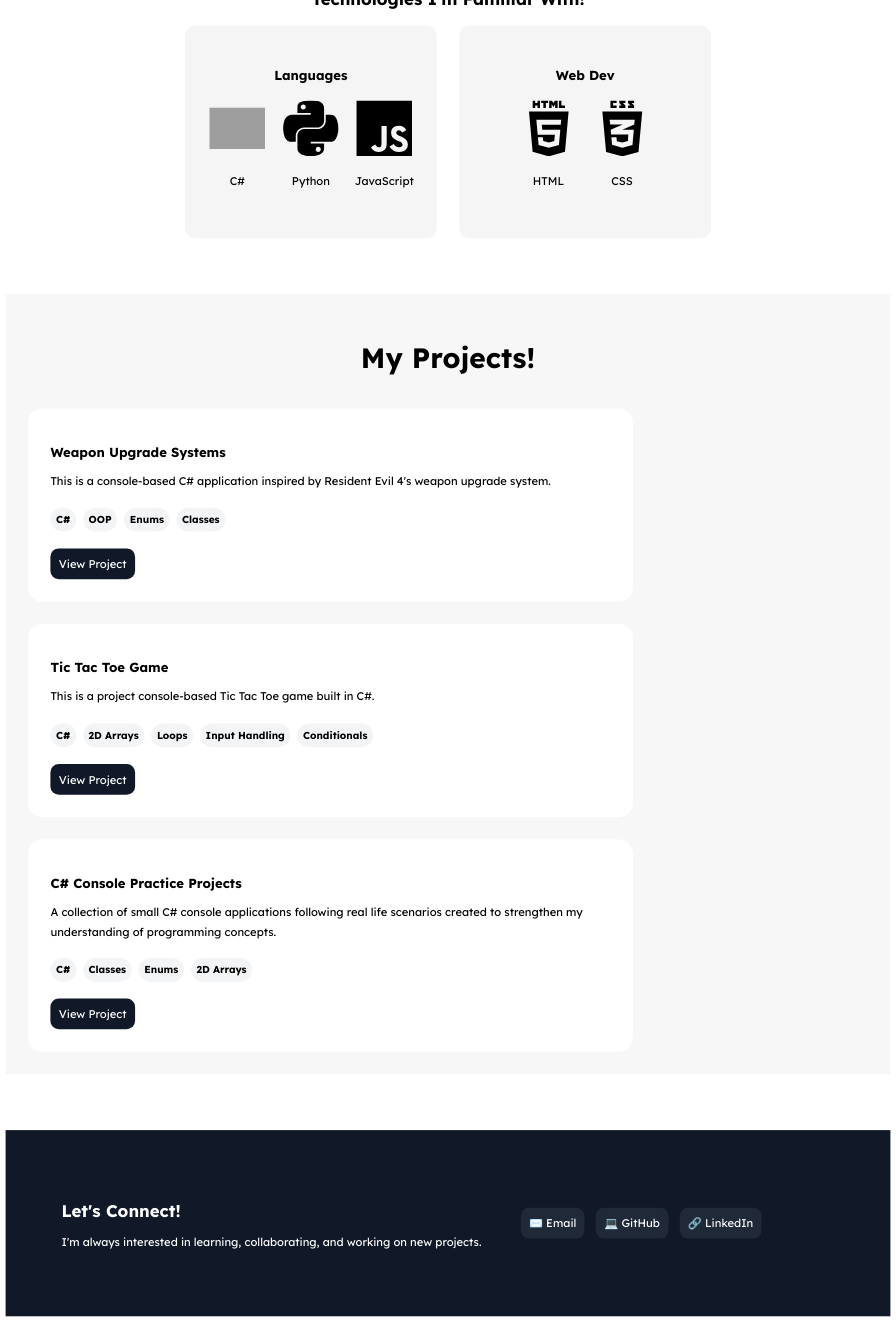
Repository: perrybalaba/perrybalaba
Page: index.html
These files come from the project's save history. The page is drawn as it stood at one moment and after the next save; the edit follows.
The browser window is 1280 px wide. The pictures show the part of the page from y = 1239 to 3159 px (the page is 3127 px tall before and 3159 px after), at 70% of full size.
Pictures or frames that could not be fetched are drawn as grey boxes. A picture or video elsewhere on the page could not be fetched, so the positions and the page height are approximate. Some web fonts or font styles are not loaded; a fallback is used.

Above is the page before, as saved 2026-05-13 22:54:50.

### index.html
<!DOCTYPE html>
<html lang="en">
<head>
    <meta charset="UTF-8">
    <meta name="viewport" content="width=device-width, initial-scale=1.0">
    <title>Perry's Portfolio</title>
    <link rel="stylesheet" href="./styles/index.css"/>
    <link rel="stylesheet" href="./styles/globals.css"/>
</head>

<body>
    <main>
        <!-- NAVIGATION BAR -->
        <!-- 👇 TO CHANGE: href -->
        <nav class="Nav-Bar">
            <ul>
                <li><a href="./index.html"> About me </a></li>
                <li><a href="./index.html"> Projects </a></li>
            </ul>
        </nav>

        <!-- PAGE HEADER -->
        <div class="About-Me">
            <header class="Home-Header">
                <h1> Perry Balaba </h1>
            </header>

            <!-- INFORMATION ABOUT ME -->
            <div class ="Info">
                <!-- IMAGE -->
                <img class="My-Photo" src="./assets/images/portfolio-me.jpg" alt="me"/>

                <div class ="Description">
                    <h2> Hello World! 👋 </h2>
                    <p> I'm a Computer Science Student at John Abbott College
                        with a strong passion for technology, software development, and problem-solving.
                        I love turning ideas into functional applications and programs from scratch. I am naturally curious and always motivated
                        to expand my knowledge by learning new technologies, improving my coding skills, and taking on challenges outside of my comfort zone.
                        Right now, I'm diving into machine learning, object-oriented programming, and web development!
                    </p>

                    <!-- SOFT SKILLS -->
                    <div class="Soft-Skills-Container">
                        <button type="button" class="Soft-Skills" disabled> Teamwork </button>
                        <button type="button" class="Soft-Skills" disabled> Resilient </button>
                        <button type="button" class="Soft-Skills" disabled> Problem Solver </button>
                        <button type="button" class="Soft-Skills" disabled> Organized </button>
                    </div>
                </div>
            </div>
        </div>

        <!-- SKILLS -->
        <div class="Skills">
            <h2> Technologies I'm Familiar With! </h2>
            <div class="Skills-Container">

                <div class="Skill-Card">
                    <h3> Languages </h3>

                    <div class="Skill-Icons">
                        <div class="Skill">
                            <img src="./assets/images/csharp-svgrepo-com.svg" alt="c# logo"/>
                            <p> C# </p>
                         </div>

                        <div class="Skill">
                            <img src="./assets/images/python-svgrepo-com.svg" alt="python logo"/>
                            <p> Python </p>
                        </div>

                        <div class="Skill">
                            <img src="./assets/images/js01-svgrepo-com.svg" alt="javascript logo"/>
                            <p> JavaScript</p>
                        </div>
                    </div>
                </div>

                <div class="Skill-Card">
                    <h3> Web Dev </h3>

                    <div class="Skill-Icons">
                        <div class="Skill">
                            <img src="./assets/images/html5-01-svgrepo-com.svg" alt="html logo"/>
                            <p> HTML </p>
                        </div>

                        <div class="Skill">
                            <img src="./assets/images/css3-01-svgrepo-com.svg" alt="css logo"/>
                            <p> CSS </p>
                        </div>
                    </div>
                </div>
            </div>
        </div>

        <!-- PROJECTS -->
        <div class="Projects">
            <h2> My Projects!</h2>

            <div class="Projects-Container">
                <!-- PROJECT ONE -->
                <div class="Project-Card">
                    <div class="Project-Info">
                        <h3>Weapon Upgrade Systems</h3>
                        <p>
                            This is a console-based C# application inspired by Resident Evil 4's
                            weapon upgrade system.
                        </p>
                        <div class="Project-Tech">
                            <span> C# </span>
                            <span> OOP </span>
                            <span> Enums </span>
                            <span> Classes </span>
                        </div>
                        <a href=""> View Project </a>
                    </div>
                </div>

                <!-- PROJECT TWO -->
                <div class="Project-Card">
                    <div class="Project-Info">
                        <h3>Tic Tac Toe Game</h3>
                        <p>
                            This is a project console-based Tic Tac Toe game built in C#.
                        </p>
                        <div class="Project-Tech">
                            <span> C# </span>
                            <span> 2D Arrays </span>
                            <span> Loops </span>
                            <span> Input Handling </span>
                            <span> Conditionals </span>
                        </div>
                        <a href=""> View Project </a>
                    </div>
                </div>

                <!-- PROJECT THREE -->
                <div class="Project-Card">
                    <div class="Project-Info">
                        <h3> C# Console Practice Projects</h3>
                        <p>
                            A collection of small C# console applications following real life scenarios
                            created to strengthen my understanding of programming concepts.
                        </p>
                        <div class="Project-Tech">
                            <span> C# </span>
                            <span> Classes </span>
                            <span> Enums </span>
                            <span> 2D Arrays </span>
                        </div>
                        <a href=""> View Project </a>
                    </div>
                </div>
            </div>
        </div>

        <!-- CONTACT -->
        <div class="Contact">
            <div class="Contact-Container">
                <div class="Contact-Text">
                    <h2> Let's Connect! </h2>
                    <p>
                        I'm always interested in learning, collaborating, and working on new projects.
                    </p>
                </div>

                <div class="Contact-Links">
                    <a href="mailto:balabaperry@gmail.com"> ✉️ Email</a>
                    <a href="https://github.com/perrybalaba"> 💻 GitHub </a>
                    <a href="https://www.linkedin.com/in/ann-karen-balaba-46b839387/"> 🔗 LinkedIn</a>
                </div>
            </div>
        </div>
    </main>
</body>
</html>

### styles/index.css
/* NAVIGATION BAR */
.Nav-Bar {
    padding: 1rem;
    border-bottom: 3px solid lightgray;
}

nav ul {
    list-style: none;
    display: flex;
    justify-content: center;
    flex-wrap: wrap;
    gap: 2rem;
    padding: 0;
}

nav ul li a {
    display: block;
    text-align: center;
    padding: .75rem 1rem;
    text-decoration: none;
    color: #374151;
    font-weight: bold;
    padding: 10px;
    border-radius: 10px;
    font-size: 1rem;
    transition: 0.2s;
}

nav ul li a:hover {
    transform: scale(1.08);
    background-color: #f3f4f6;
    color: black;
}

/* HEADER */
.Home-Header {
    font-size: 3rem;
    text-align: center;
}

/* ABOUT ME */
.Info h2 {
    font-size: 2.5rem;
    text-align: center;
}

.Info {
    display: flex;
    flex-direction: column;
    align-items: center;
}

.Info p {
    max-width: 500px;
    line-height: 1.6;

}

.Info img {
    width: 100%;
    max-width: 350px;
    height: auto;
    border-radius: 55px;
    display: block;
    margin: 0;
}

/* SOFT SKILLS */
.Soft-Skills-Container {
    display: flex;
    justify-content: center;
    align-items: center;
    gap: 12px;
    flex-wrap: wrap;
    margin-top: 1.5rem;
}

.Soft-Skills {
    background-color: #f3f4f6;
    color: #333;
    border: none;
    padding: 10px;
    border-radius: 1000px;
    font-size: 0.95rem;
    font-weight: 600;
    transition: all 0.2s ease;
}

.Soft-Skills:hover {
    transform: translateY(-5px);
    background-color: #4b5563;
    color: white;
}

/* SKILLS */
.Skills-Container {
    display: flex;
    justify-content: center;
    gap: 2rem;
    flex-wrap: wrap;
    margin-top: 1.5rem;
}

.Skill-Card {
    background-color: #f5f5f5;
    padding: 2.5rem;
    border-radius: 15px;
    width: 220px;
    transition: transform 0.2s ease;
}

.Skill-Card:hover {
    transform: translateY(-7px);
}

.Skill-Icons {
    display: flex;
    justify-content: center;
    gap: 15px;
    margin-top: 1rem;
}

.Skill-Icons img {
    width: 60px;
    height: 60px;
    object-fit: contain;
    padding: 5px;
    transition: transform 0.2s ease;
}

.Skill-Icons img:hover {
    transform: scale(1.2);
}

.Skill {
    text-align: center;
}

.Skills {
    margin-top: 4rem;
    text-align: center;
}

.Skills p {
    font-size: 1rem;
    margin-bottom: 2rem;
}

/* PROJECTS */
.Projects {
    background-color: #f7f7f8;
    padding: 2rem;
    margin-top: 5rem;
}

.Projects h2 {
    text-align: center;
    font-size: 2.5rem;
    margin-bottom: 3rem;
}

.Projects-Container {
    display: flex;
    flex-direction: column;
    gap: 2rem;
    max-width: 1000px;
    margin: 0;
}

.Project-Card {
    background-color: white;
    border-radius: 20px;
    padding: 2rem;
    transition: 0.3s ease;
}

.Project-Card:hover {
    transform: translateY(-7px);
}

.Project-Info h3 {
    margin-bottom: 1rem;
}

.Project-Info p {
    line-height: 1.7;
    margin-bottom: 1.5rem;
}

.Project-Tech {
    display: flex;
    gap: 10px;
    flex-wrap: wrap;
    margin-bottom: 1.5rem;
}

.Project-Tech span {
    background-color: #f3f4f6;
    padding: 8px;
    border-radius: 1000px;
    font-size: 0.9rem;
    font-weight: bold;
}

.Project-Info a {
    text-decoration: none;
    background-color: #111827;
    color: white;
    padding: 12px;
    border-radius: 12px;
    display: inline-block;
    transition: 0.2 ease;
}

.Project-Info a:hover {
    background-color: #374151;
}

/* CONTACT */
.Contact {
    background-color: #111827;
    color: white;
    padding: 5rem;
    margin-top: 5rem;
}

.Contact-Container {
    display: flex;
    justify-content: space-between;
    align-items: center;
    max-width: 1000px;
    margin: 0;
    flex-wrap: wrap;
    gap: 2rem;
}

.Contact-Links {
    display: flex;
    gap: 1rem;
    flex-wrap: wrap;
}

.Contact-Links a {
    text-decoration: none;
    background-color: #1F2937;
    color: white;
    padding: 12px;
    border-radius: 12px;
    transition: 0.2s ease;
}

.Contact-Links a:hover {
    background-color: #374151;
    transform: scale(1.03);
}

### styles/globals.css
/* FONTS */
@font-face {
    font-family: "NotoSans";
    src: url(../assets/fonts/Noto_Sans/NotoSans-VariableFont_wdth\,wght.ttf);
}

@font-face {
    font-family: "Lexend";
    src: url(../assets/fonts/Lexend_Deca\,Noto_Sans/Lexend_Deca/LexendDeca-VariableFont_wght.ttf);
}

.Home-Header {
    font-family: "NotoSans";
}

.Nav-Bar {
    font-family: "Lexend";
}

main {
    font-family: "Lexend";
}

/* TABLET DESIGN */
@media (min-width: 768px) {
    /* NAVIGATION BAR */
    nav ul li a {
        font-size: 1.3rem;
    }

    /* HEADER */
    .Home-Header {
        font-size: 2.2rem;
    }

    /* ABOUT ME */
    .Info {
        flex-direction: row;
        justify-content: center;
        align-items: center;
        gap: 2rem;
        padding: 2rem;
    }

    .Description {
        width: 60%;
        max-width: 600px;
    }

    .Info img {
        max-width: 300px;
        width: 40%;
    }

    /* SKILLS */
    .Skill-Card {
        width: 260px;
    }

    .Skill-Icons img {
        width: 50px;
        height: 50px;
    }
}

/* DESKTOP */
@media (min-width: 1024px) {

    /* NAVIGATION */
    nav ul {
        gap: 4rem;
    }

    nav ul li a {
        font-size: 1.5rem;
    }

    /* ABOUT ME */
    .Info {
        gap: 5rem;
        padding: 4rem;
        justify-content: center;
        flex-direction: row;
        align-items: center;
    }

    .Description {
        max-width: 650px;
        font-size: 1.2rem;
        display: flex;
        flex-direction: column;
        align-items: center;
        justify-content: center;
        gap: 1rem;
    }

    .Info img {
        max-width: 500px;
    }

    .Home-Header {
        font-size: 4rem;
    }

    /* SKILLS */
    .Skill-Container {
        gap: 3rem;
    }

    .Skill-Card {
        width: 280px;
    }

    .Skill-Icons img {
        width: 80px;
        height: 80px;
    }

    /* SKILLS */
    .Project-Card {
        max-width: 800px;
        margin: 0;
    }
}

After the next save:
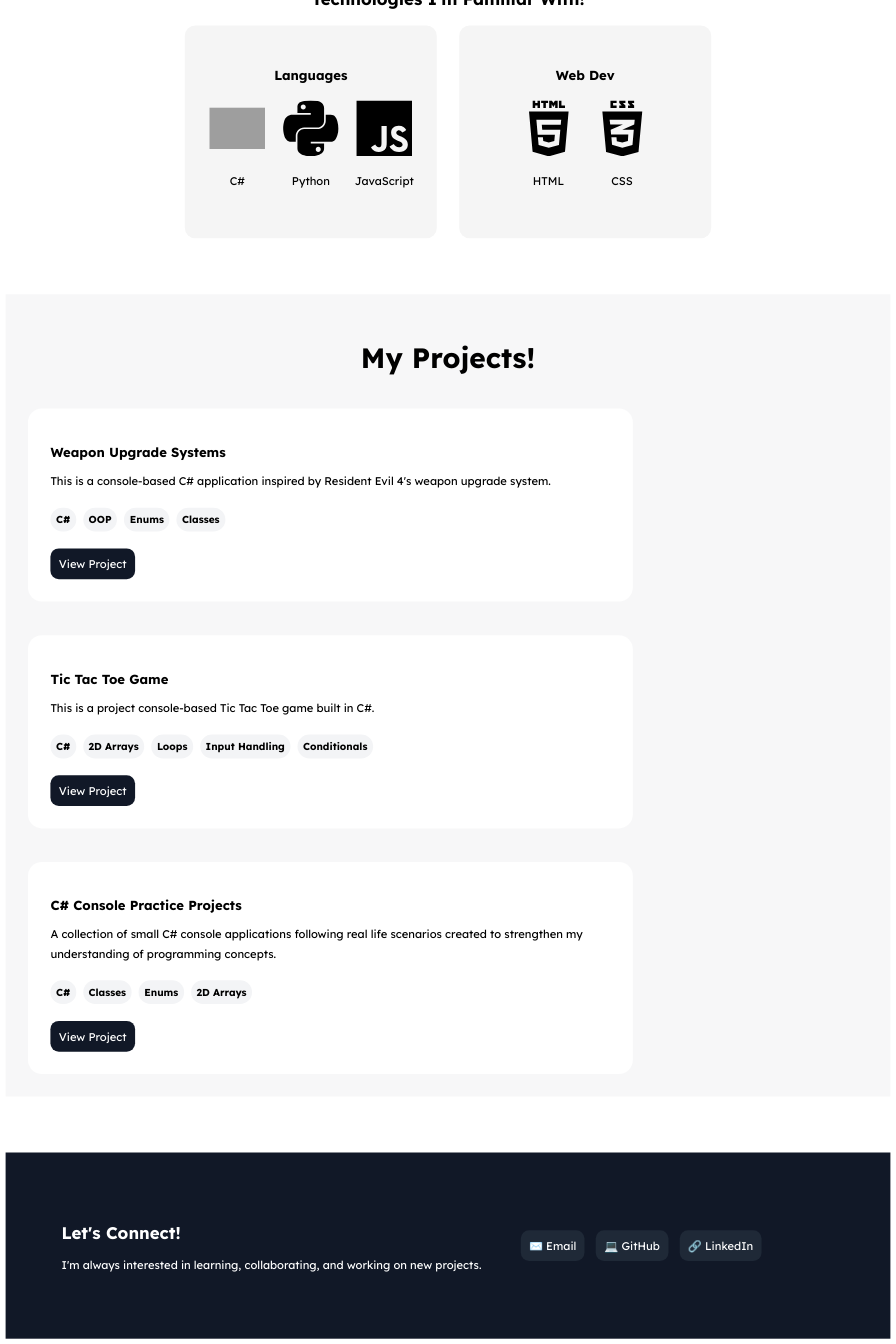
Saved 26 s later.
--- a/styles/globals.css
+++ b/styles/globals.css
@@ -117,6 +117,9 @@ main {
     }
 
     /* SKILLS */
+    .Projects-Container {
+        gap: 3rem;
+    }
     .Project-Card {
         max-width: 800px;
         margin: 0;
